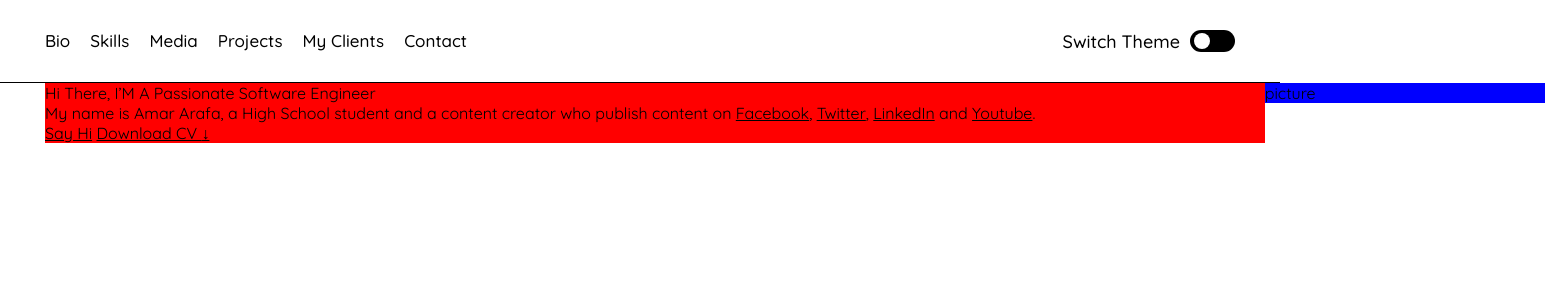
Repository: benarafa1/personal-website
Page: index.html
An editor plug-in stored every save of this project. The page is shown before and after the next save, followed by the edit.
The browser window is 1280 px wide. The page is 1545 px wide, then 1280 px, so the pictures cover 1545 px, including what lies to the right of the window. The pictures show the whole page.

Above is the page before, as saved 2025-04-12 07:03:25.

### index.html
<!DOCTYPE html>
<html lang="en">
  <head>
    <meta charset="UTF-8" />
    <meta name="viewport" content="width=device-width, initial-scale=1.0" />
    <link rel="preconnect" href="https://fonts.googleapis.com" />
    <link rel="preconnect" href="https://fonts.gstatic.com" crossorigin />
    <link
      href="https://fonts.googleapis.com/css2?family=Quicksand:wght@300..700&
      family=Roboto:ital,wght@0,100;0,300;0,400;0,500;0,700;0,900;1,100;1,300;1,400;1,500;1,700;1,900&display=swap"
      rel="stylesheet"
    />
    <link rel="stylesheet" href="style.css" />
    <title>Amar Arafa</title>
  </head>

  <body>
    <div class="container">
      <header class="header">
        <nav class="navigation">
          <ul class="navigation__list">
            <li><a class="navigation__link" href="#">Bio</a></li>
            <li><a class="navigation__link" href="#">Skills</a></li>
            <li><a class="navigation__link" href="#">Media</a></li>
            <li><a class="navigation__link" href="#">Projects</a></li>
            <li><a class="navigation__link" href="#">My Clients</a></li>
            <li><a class="navigation__link" href="#">Contact</a></li>
          </ul>
        </nav>
        <div class="toggle">
          <h3 class="toggle__title">Switch Theme</h3>
          <input
            type="checkbox"
            name="toggle__checkbox"
            id="checkbox"
            class="toggle__checkbox"
          />
          <label for="checkbox" class="toggle__label"></label>
        </div>
      </header>
      <section class="bio section">
        <div class="bio__data-part">
          <h1 class="bio__heading">
            Hi There, I’M A Passionate Software Engineer
          </h1>
          <p class="bio__objevtive">
            My name is <span class="bio__name">Amar Arafa</span>, a High School
            student and a content creator who publish content on
            <a href="#" class="bio__Facebook">Facebook</a>,
            <a href="#" class="bio__Twitter">Twitter</a>,
            <a href="#" class="bio__LinkedIn">LinkedIn</a> and
            <a href="#" class="bio__Youtube">Youtube</a>.
          </p>
          <a href="#" class="bio__links say-hi-link">Say Hi</a>
          <a href="#" class="bio__links download-cv-link"
            >Download CV <span class="bio__arrow">↓</span></a
          >
        </div>
        <div class="bio__pic-part">picture</div>
      </section>
    </div>
  </body>
</html>

### style.css
:root {
  --container-width: 119rem;
  --gutter: 2rem;
  --color-black: #000;
  --color-white: #fff;
  --color-blue: #2374e1;
  --color-light-blue: #1d9bf0;
  --color-dark-blue: #0a66c2;
  --color-darker-blue: #143ce8;
  --color-red: #ff0000;
  --color-green: #03a696;
  --color-grey: #f6f6f6;
  --color-dark-green: #42959b;
  --color-background: var(--color-white);
  --color-text: var(--color-black);
  --color-box-img: var(--color-black);
  --color-link-bg: var(--color-black);
  --color-input-border: var(--color-black);
  --font-family-Roboto: "Roboto", sans-serif;
  --font-family-Quicksand: "Quicksand", sans-serif;
  --font-weight-regular: 400;
  --font-weight-medium: 500;
  --font-weight-semi-bold: 600;
  --font-weight-bold: 700;
  --font-size-70: 7rem;
  --font-size-65: 6.5rem;
  --font-size-40: 4rem;
  --font-size-38: 3.8rem;
  --font-size-24: 2.4rem;
  --font-size-22: 2.2rem;
  --font-size-20: 2rem;
  --font-size-18: 1.8rem;
  --font-size-15: 1.5rem;
  --transition-timing: 0.3s;
}

/* start CSS Reset */
*,
*::before,
*::after {
  box-sizing: border-box;
  margin: 0;
  padding: 0;
  font: inherit;
}

a {
  color: inherit;
  display: inline-block;
}

button {
  background-color: transparent;
  border: none;
  cursor: pointer;
}

ul,
ol {
  list-style: none;
}
/* end CSS Reset */

body {
  font-size: 1.6rem;
  font-family: var(--font-family-Quicksand);
}

html {
  font-size: 62.5%;
  scroll-behavior: smooth;
  scroll-padding-top: 11rem;
}

.container {
  margin: 0 auto;
  width: var(--container-width);
}

.navigation__list {
  display: flex;
  gap: 2rem;
}
.navigation__link:link,
.navigation__link:visited {
  font-weight: var(--font-weight-medium);
  text-decoration: none;
  font-size: 1.7rem;
}

.navigation__link:hover,
.navigation__link:active {
  text-decoration: underline;
}

.header {
  position: relative;
  padding: 3rem 0;
  display: flex;
  justify-content: center;
}
.header::before {
  content: "";
  position: absolute;
  height: 100%;
  width: 100vw;
  top: 0;
  z-index: -1;
  border-bottom: 0.1rem solid var(--color-input-border);
}

/* toggle start */
.toggle {
  display: flex;
  gap: 1rem;
  margin-left: auto;
}
.toggle__title {
  font-weight: var(--font-weight-medium);
  font-size: var(--font-size-18);
}
.toggle__checkbox {
  display: none;
}

.toggle__label {
  display: block;
  width: 4.5rem;
  height: 2.2rem;
  border-radius: 1.5rem;
  background-color: var(--color-black);
  cursor: pointer;
  padding: 0.3rem 0.4rem;
  transition: var(--transition-timing);
}

.toggle__label::before {
  content: "";
  display: block;
  width: 1.6rem;
  height: 1.6rem;
  border-radius: 50%;
  background-color: var(--color-white);
  transition: var(--transition-timing);
}

.toggle__checkbox:checked + .toggle__label {
  background-color: var(--color-white);
}
.toggle__checkbox:checked + .toggle__label::before {
  background-color: var(--color-black);
  transform: translateX(2.1rem);
}
/* toggle end */
.section {
  display: grid;
  grid-template-columns: repeat(2, auto);
  align-items: start;
  width: 1500px;
}
/* bio component start */
.bio {
}
/* bio component end */
.bio__data-part {
  background-color: red;
}
.bio__pic-part {
  background-color: blue;
}

After the next save:
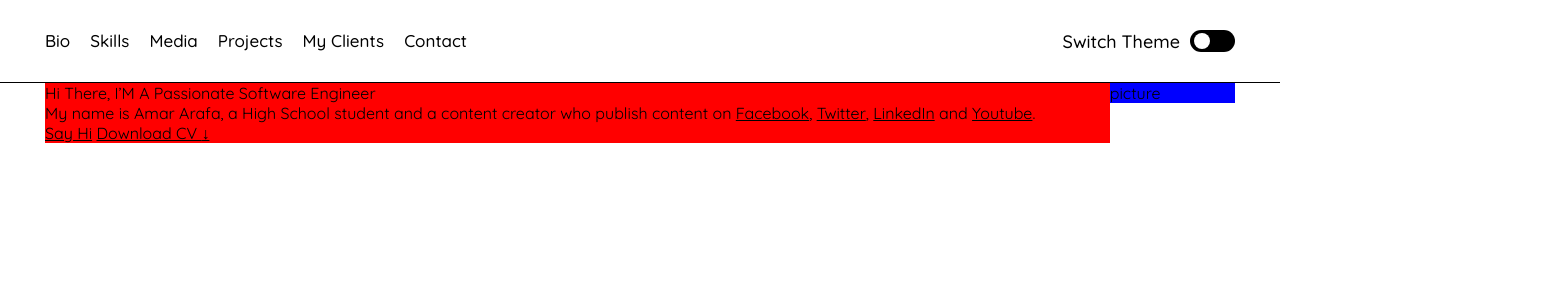
Saved 2 min 24 s later.
--- a/style.css
+++ b/style.css
@@ -156,7 +156,6 @@ html {
   display: grid;
   grid-template-columns: repeat(2, auto);
   align-items: start;
-  width: 1500px;
 }
 /* bio component start */
 .bio {
